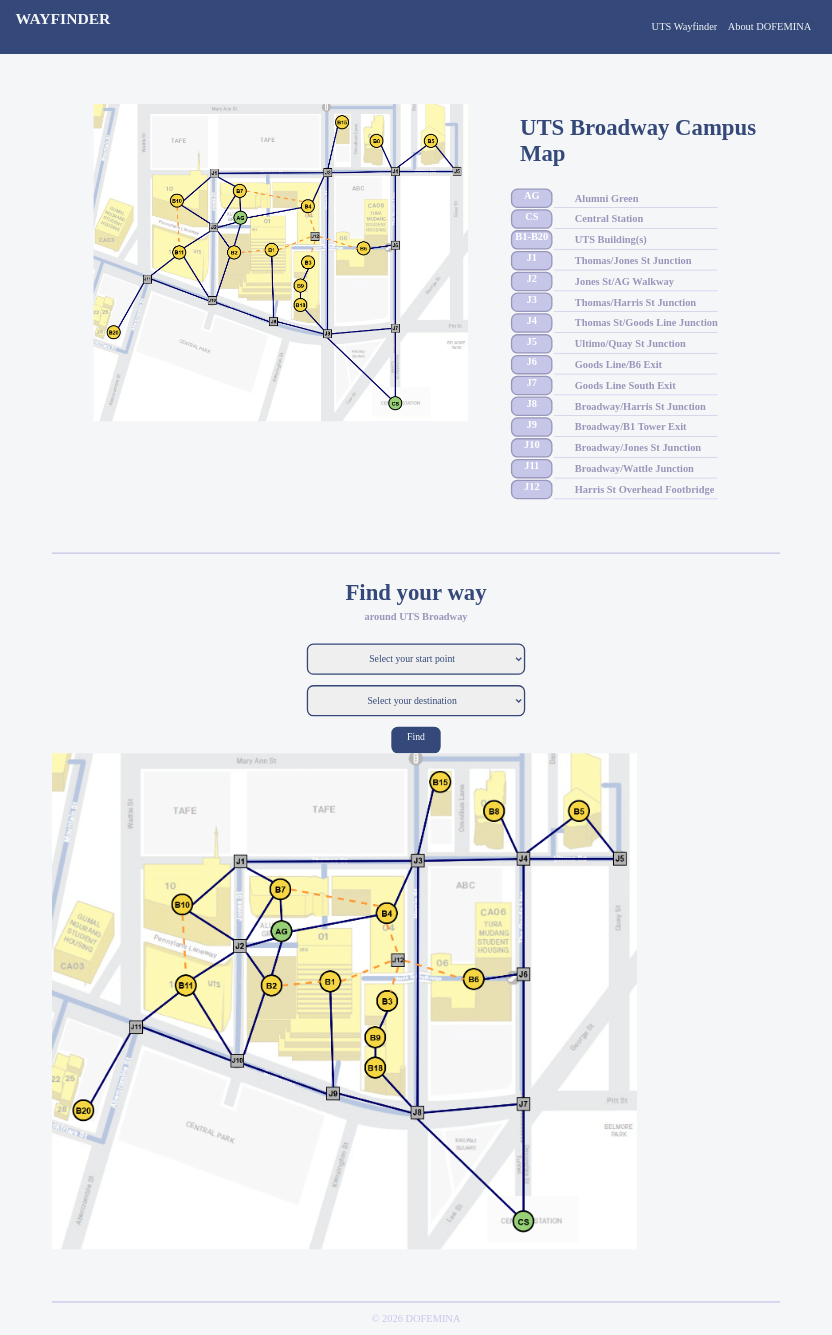
Repository: Meerab-K/uts-wayfinder
Page: html/index.html
These files come from the project's save history. The page is drawn as it stood at one moment and after the next save; the edit follows.
The browser window is 1280 px wide. The pictures show the whole page, at 65% of full size.
Some web fonts or font styles are not loaded; a fallback is used.

Above is the page before, as saved 2026-10-19 18:46:15.

### html/index.html
<!DOCTYPE html>
<html lang="en">
<head>
    <meta charset="UTF-8">
    <meta name="viewport" content="width=device-width, initial-scale=1.0">
    <title>UTS Wayfinder</title>

    <link rel="stylesheet" href="../css/common.css">
    <link rel="stylesheet" href="../css/index.css">
    <link rel="stylesheet" href="../css/responsive.css">

    <!-- Google Fonts -->
    <link rel="preconnect" href="https://fonts.googleapis.com">
    <link rel="preconnect" href="https://fonts.gstatic.com" crossorigin>
    <link href="https://fonts.googleapis.com/css2?family=Maname&display=swap" rel="stylesheet">

    <script src="../js/script.js" defer></script>

</head>
<body>
    <header>
        <nav class="navbar">
            <h1>WAYFINDER</h1>
            <ul>
                <li><a href="index.html">UTS Wayfinder</a></li>
                <li><a href="about.html">About DOFEMINA</a></li>
            </ul>
        </nav>
    </header>

    <main>
        <section id="map_section">
            <img src="../img/Map.png" alt="Image of UTS Broadway Campus Map">
            <div>
                <h2>UTS Broadway Campus Map</h2>
                <table>
                    <tr>
                        <td class="map_init">AG</td>
                        <td class="full_map_name">Alumni Green</td>
                    </tr>
                    <tr>
                        <td class="map_init">CS</td>
                        <td class="full_map_name">Central Station</td>
                    </tr>
                    <tr>
                        <td class="map_init">B1-B20</td>
                        <td class="full_map_name">UTS Building(s)</td>
                    </tr>
                    <tr>
                        <td class="map_init">J1</td>
                        <td class="full_map_name">Thomas/Jones St Junction</td>
                    </tr>
                    <tr>
                        <td class="map_init">J2</td>
                        <td class="full_map_name">Jones St/AG Walkway</td>
                    </tr>
                    <tr>
                        <td class="map_init">J3</td>
                        <td class="full_map_name">Thomas/Harris St Junction</td>
                    </tr>
                    <tr>
                        <td class="map_init">J4</td>
                        <td class="full_map_name">Thomas St/Goods Line Junction</td>
                    </tr>
                    <tr>
                        <td class="map_init">J5</td>
                        <td class="full_map_name">Ultimo/Quay St Junction</td>
                    </tr>
                    <tr>
                        <td class="map_init">J6</td>
                        <td class="full_map_name">Goods Line/B6 Exit</td>
                    </tr>
                    <tr>
                        <td class="map_init">J7</td>
                        <td class="full_map_name">Goods Line South Exit</td>
                    </tr>
                    <tr>
                        <td class="map_init">J8</td>
                        <td class="full_map_name">Broadway/Harris St Junction</td>
                    </tr>
                    <tr>
                        <td class="map_init">J9</td>
                        <td class="full_map_name">Broadway/B1 Tower Exit</td>
                    </tr>
                    <tr>
                        <td class="map_init">J10</td>
                        <td class="full_map_name">Broadway/Jones St Junction</td>
                    </tr>
                    <tr>
                        <td class="map_init">J11</td>
                        <td class="full_map_name">Broadway/Wattle Junction</td>
                    </tr>
                    <tr>
                        <td class="map_init">J12</td>
                        <td class="full_map_name">Harris St Overhead Footbridge</td>
                    </tr>
                </table>
            </div>
        </section>

        <section id="find_path_section">
            <div>
                <h2>Find your way</h2>
                <p>around UTS Broadway</p>

                <form id="find_path_form">
                    <div class="form-group">
                    <select name="start_point" id="start_point_select">
                        <option value="" disabled selected>Select your start point</option>
                        <option value="Alumni Green">Alumni Green</option>
                        <option value="Central Station">Central Station</option>
                        <option value="Building 1">Building 1</option>
                        <option value="Building 2">Building 2</option>
                        <option value="Building 3">Building 3</option>
                        <option value="Building 4">Building 4</option>
                        <option value="Building 5">Building 5</option>
                        <option value="Building 6">Building 6</option>
                        <option value="Building 7">Building 7</option>
                        <option value="Building 8">Building 8</option>
                        <option value="Building 9">Building 9</option>
                        <option value="Building 10">Building 10</option>
                        <option value="Building 11">Building 11</option>
                        <option value="Building 15">Building 15</option>
                        <option value="Building 18">Building 18</option>
                        <option value="Building 20">Building 20</option>
                    </select>
                    </div>

                    <div class="form-group">
                    <select name="destination" id="destination_select">
                        <option value="" disabled selected>Select your destination</option>
                        <option value="Alumni Green">Alumni Green</option>
                        <option value="Central Station">Central Station</option>
                        <option value="Building 1">Building 1</option>
                        <option value="Building 2">Building 2</option>
                        <option value="Building 3">Building 3</option>
                        <option value="Building 4">Building 4</option>
                        <option value="Building 5">Building 5</option>
                        <option value="Building 6">Building 6</option>
                        <option value="Building 7">Building 7</option>
                        <option value="Building 8">Building 8</option>
                        <option value="Building 9">Building 9</option>
                        <option value="Building 10">Building 10</option>
                        <option value="Building 11">Building 11</option>
                        <option value="Building 15">Building 15</option>
                        <option value="Building 18">Building 18</option>
                        <option value="Building 20">Building 20</option>
                    </select>
                    </div>

                    <button type="submit">Find</button>
                </form>
            </div>

            <div id="path_result"><!-- the text and image for the found path will be placed here --></div>

            <div class="map-container">
                <img src="../img/Map.png" id="campus-map" alt="UTS Campus Map">

                <svg id="route-overlay"
                    viewBox="0 0 100 100"
                    preserveAspectRatio="none">
                    <polyline id="route-line"
                            fill="none"
                            stroke="red"
                            stroke-width="0.7"
                            stroke-linecap="round"
                            stroke-linejoin="round"/>
                </svg>
            </div>

        </section>
    </main>

    <footer>
        <p>&copy; 2026 DOFEMINA </p>
    </footer>
</body>
</html>

### css/common.css
:root {
    /*Background*/
    --background-color: #f5f6f8;
    --primary-color: #344979;
    --secondary-color: #9896BB;

    /*Highlight*/
    --highlight-purple: #c6c6e8;
    --highlight-pink: #f7e5eb;

    /*Font*/
    --font: "Maname", serif;
}

* {
    margin: 0;
    padding: 0;
    font-family: var(--font);
}

body {
    background-color: var(--background-color);
    margin: 0;
}

main {
    margin-top: 2rem;
}

footer {
    text-align: center;
    margin: 0 5rem;
    padding: 1rem;
    border-top: 2px solid var(--highlight-purple);
    color: var(--highlight-purple);
}

h2 {
    color: var(--primary-color);
    padding: 1rem;
    font-size: 35px;
}

.navbar {
    background-color: var(--primary-color);
    padding: 1rem;
    margin: 0;
    position: fixed;
    top: 0;
    z-index: 100;
    width: 100%;
    display: flex;
    justify-content: space-between;
    box-sizing: border-box;
}

.navbar h1 {
    color: var(--background-color);
    padding: 0 0 0 0.5rem;
}

.navbar ul {
    list-style-type: none;
    display: flex;
    gap: 1rem;
    margin: 1rem;
}

.navbar a {
    text-decoration: none;
    color: var(--background-color);
}

.navbar a:hover {
    color: var(--highlight-purple);
}

.floating-menu-btn {
    position: fixed;
    bottom: 1rem;
    right: 1rem;
    width: 50px;
    height: 50px;
    background-color: var(--primary-color);
    border-radius: 50%;
    display: flex;
    justify-content: center;
    align-items: center;
    cursor: pointer;
    z-index: 1000;
}

.floating-menu-btn span{
    background-color: var(--background-color);
    width: 30px;
    height: 3px;
}

main {
    margin-top: 10rem;
}

### css/index.css
#map_section {
    margin: 4rem;
    display: flex;
}

#map_section img {
    width: 50%;
    height: 100%;
    margin: 0 4rem 0 5rem;
}

#map_section div h2 {
    margin-bottom: 1rem;
    color: var(--primary-color);
}

#map_section div table {
    color: var(--secondary-color);
    font-weight: bold;
}

.map_init {
    padding: 0 0.3rem 0.5rem 0.3rem;
    border-radius: 10px;
    border: 2px solid var(--secondary-color);
    text-align: center;
    background-color: var(--highlight-purple);
    color: white;
}

.full_map_name {
    padding-left: 2rem;
    border-bottom: 0.5px solid var(--highlight-purple);
}

#find_path_section {
    margin: 5rem;
    padding-top: 2rem;
    border-top: 2px solid var(--highlight-purple);
    text-align: center;
}

#find_path_section h2 {
    padding: 0.5rem;
}

#find_path_section p {
    margin-bottom: 2rem;
    color: var(--secondary-color);
    font-weight: bold;
}

.form-group {
    margin-bottom: 1rem;
}

form select {
    padding: 0.5rem;
    border-radius: 10px;
    border: 2px solid var(--primary-color);
    width: 30%;
    height: 3rem;
    text-align: center;
    font-size: 15px;
    color: var(--primary-color);
}

form button {
    padding: 0.5rem 1.5rem 1rem 1.5rem;
    border-radius: 10px;
    background-color: var(--primary-color);
    border: none;
    outline: none;
    color: white;
    font-size: 15px;
}

form button:hover {
    background-color: var(--highlight-purple);
    background-origin: var(--highlight-purple);
    color: var(--primary-color);
}


.map-container {
    position: relative;
    width: 100%;
    max-width: 900px;
}

#campus-map {
    display: block;
    width: 100%;
    height: auto;
}

#route-overlay {
    position: absolute;
    inset: 0;
    width: 100%;
    height: 100%;
    pointer-events: none;
}

### css/responsive.css
@media (max-width: 1000px) {
    /*index.html*/
    #map_section {
        display: block;
    }

    #map_section img {
        width: 100%;
        margin: 0;
    }

    #map_section div h2 {
        text-align: center;
    }

    #map_section div table {
        width: 100%;
    }
}

@media (max-width: 800px) {
    main {
        margin-top: 10rem;
    }

    .navbar {
        text-align: center;
        display: block;
    }

    .navbar ul {
        justify-content: center;
        margin-top: 1.5rem;
        padding: 0.5rem;
        border-top: 1px solid var(--secondary-color);
    }

    /*index.html*/
    form select {
        width: 60%;
    }

    /*about.html*/
}

### js/script.js
document.getElementById('find_path_form').addEventListener('submit', async (event) => {
    event.preventDefault(); // Prevent the form submission from reloading the page

    const startPoint = document.getElementById('start_point_select').value;
    const destination = document.getElementById('destination_select').value;

    const container = document.getElementById('path_result');

    container.innerHTML = '<p>Finding path from ' + startPoint + ' to ' + destination + '...</p>';

    // Call the backend api to run the A* algorithm
    try {
        const response = await fetch('http://127.0.0.1:8000/route', {
            method: 'POST',
            headers: {
                'Content-Type': 'application/json'
            },
            body: JSON.stringify({
                start: startPoint,
                goal: destination
            })
        });

        if (!response.ok) {
            throw new Error('Network response was not ok');
        }

        const result = await response.json();
        container.textcontent = `Path: ${result.path.join(" → ")} | Distance: ${result.distance}`;

        // Draw the route
        const points = result.coordinates
            .map(point => `${point.x},${100 - point.y}`)
            .join(" ");

        document.getElementById("route-line")
            .setAttribute("points", points);
    } catch (error) {
        container.textContent = 'Error: ' + error.message;
    }
})

After the next save:
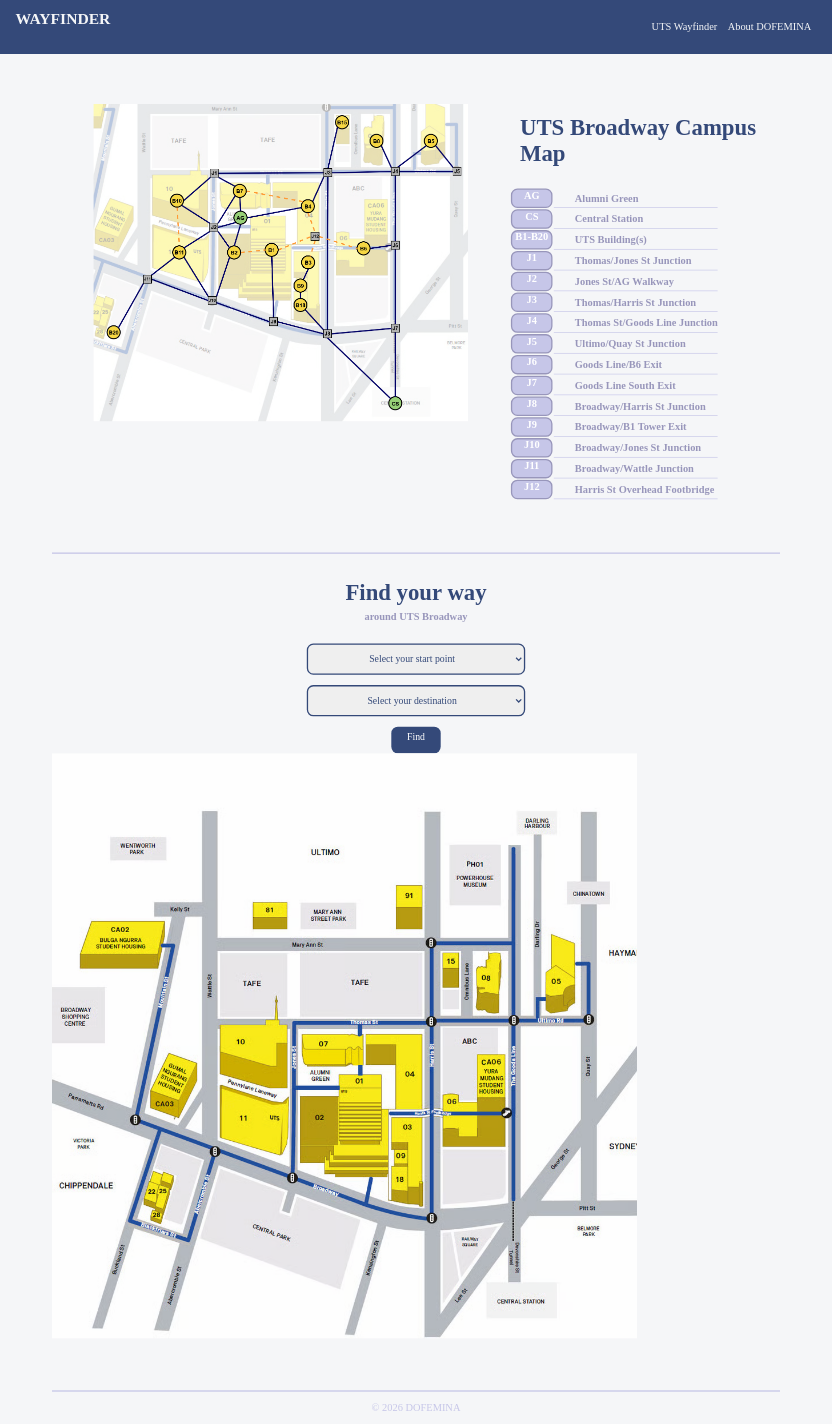
Saved 56 s later.
--- a/html/index.html
+++ b/html/index.html
@@ -155,7 +155,7 @@
             <div id="path_result"><!-- the text and image for the found path will be placed here --></div>
 
             <div class="map-container">
-                <img src="../img/Map.png" id="campus-map" alt="UTS Campus Map">
+                <img src="../img/uts-campus-map.png" id="campus-map" alt="UTS Campus Map">
 
                 <svg id="route-overlay"
                     viewBox="0 0 100 100"
